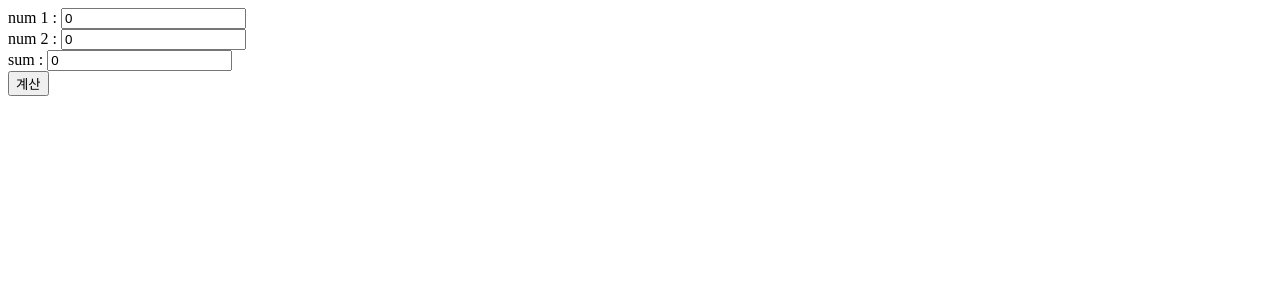
Repository: zodib0123/kdt_jsp
Page: http://localhost/MustHaveJSP/Mission/CalAdd.jsp
The author's editor kept a copy of each file at every save. The page is drawn from the files as they stood at one save, then again after the next save.
The browser window is 1280 px wide. The pictures show the whole page.
The page is served by Tomcat 10.

Above is the page before, as saved 2025-09-24 01:47:20.

After the next save:
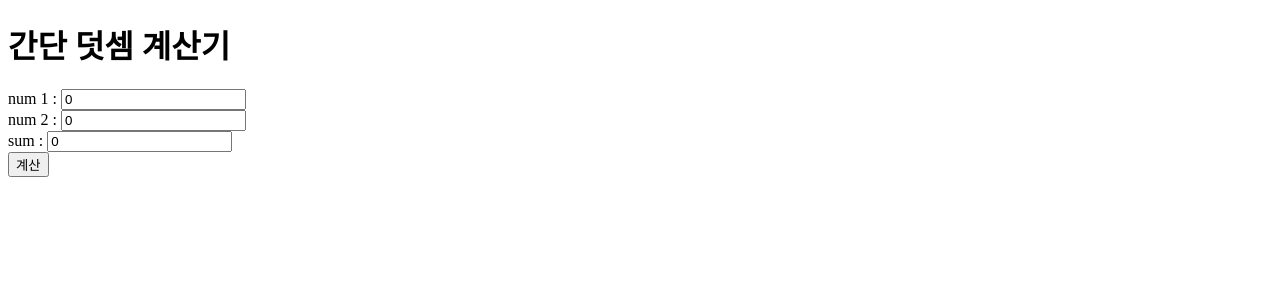
Saved 28 s later.
--- a/MustHaveJSP/src/main/webapp/Mission/CalAdd.jsp
+++ b/MustHaveJSP/src/main/webapp/Mission/CalAdd.jsp
@@ -15,6 +15,7 @@
 		sum = Integer.parseInt(num1) + Integer.parseInt(num2);
 	}
 	%>
+	<h1>간단 덧셈 계산기</h1>
 	<form>
 		num 1 : <input type="text" name="num1" value="0"/><br />
 		num 2 : <input type="text" name="num2" value="0"/><br />
